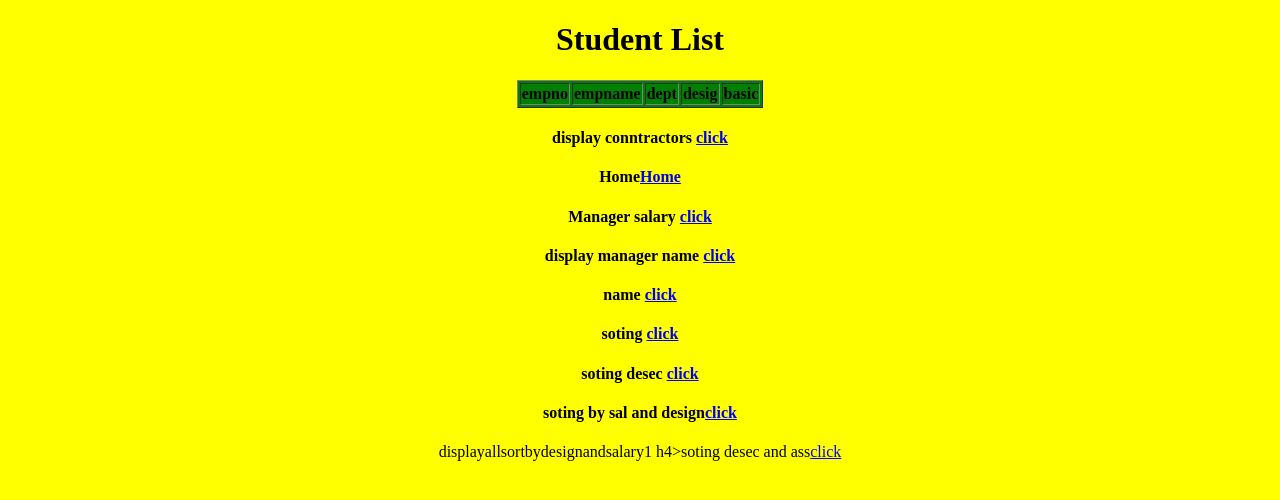
Repository: vinodkumarr269/microservices
Page: http://localhost/AdvSpringData/WEB-INF/views/home.jsp
The author's editor kept a copy of each file at every save. The page is drawn from the files as they stood at one save, then again after the next save.
The browser window is 1280 px wide. The pictures show the whole page.
The page is served by Tomcat 9. Nobody is signed in. The template is opened directly, without the code that normally fills it, so the values that code supplies are empty.

Above is the page before, as saved 2019-10-15 10:56:14.

After the next save:
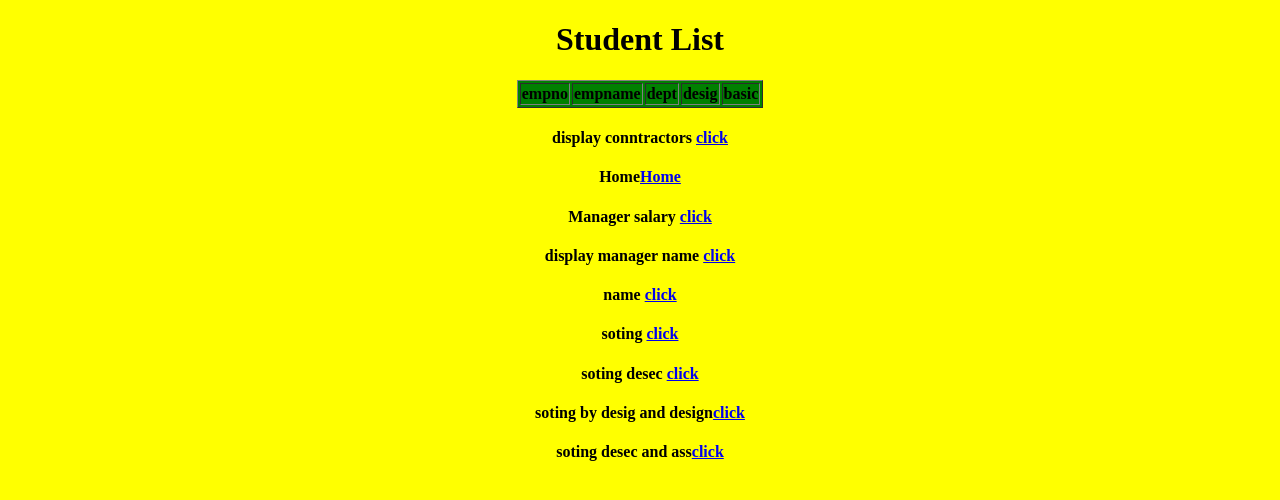
Saved 2 min 24 s later.
--- a/SpringData/AdvSpringData/src/main/webapp/WEB-INF/views/home.jsp
+++ b/SpringData/AdvSpringData/src/main/webapp/WEB-INF/views/home.jsp
@@ -42,9 +42,8 @@ table:hover {
 		<h4>name <a href="name">click</a></h4>
 	    <h4>soting <a href="displayallsortbydesign">click</a></h4>
 	    <h4>soting desec <a href="displayallsortbydesigndesending">click</a></h4>
-	    <h4>soting by sal and design<a href="displayallsortbydesignandsalary">click</a></h4>
-	displayallsortbydesignandsalary1
-		h4>soting desec and ass<a href="displayallsortbydesignandsalary1">click</a></h4>
+	    <h4>soting by desig and design<a href="displayallsortbydesignandsalary">click</a></h4>
+		<h4>soting desec and ass<a href="displayallsortbydesignandsalary1">click</a></h4>
 
 	</div>
 </body>
